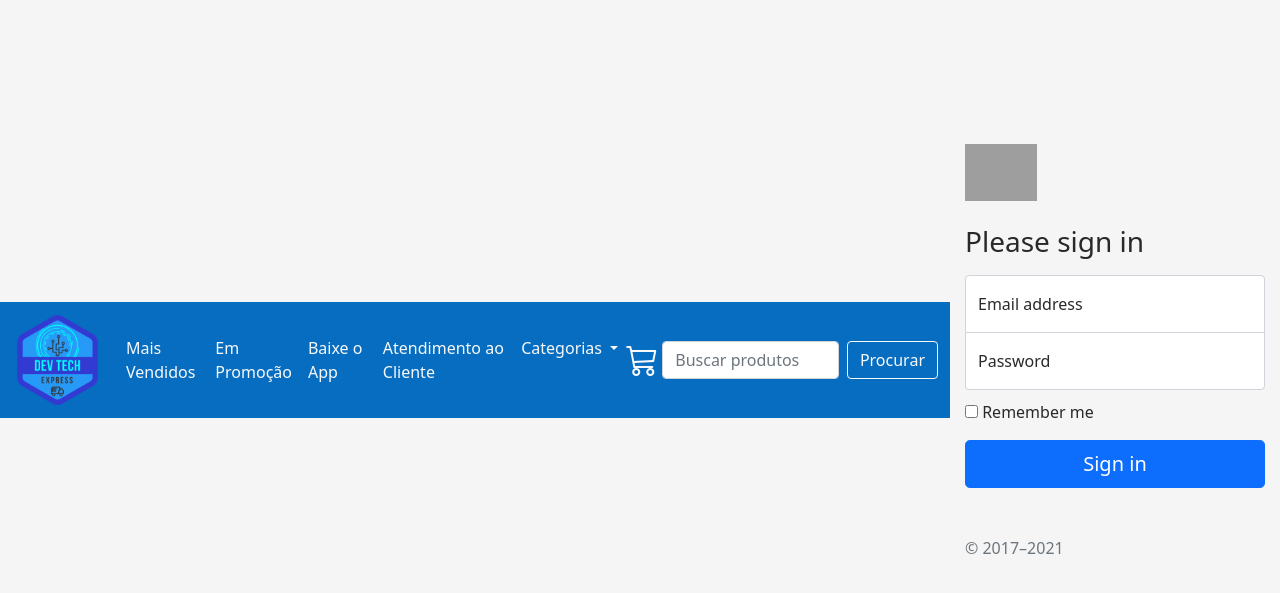
Repository: dantas-barreto/trabalho-interdisciplinar-IDW-IAP
Page: signin copy.html
An editor plug-in stored every save of this project. The page is shown before and after the next save, followed by the edit.
The browser window is 1280 px wide. The pictures show the whole page.
Pictures or frames that could not be fetched are drawn as grey boxes. Some web libraries are served in a nearby version.

Above is the page before, as saved 2021-11-30 20:46:06.

### signin copy.html
<!DOCTYPE html>
<html lang="pt-br">
  <head>
    <meta charset="utf-8" />
    <meta name="viewport" content="width=device-width, initial-scale=1.0" />
    <link
      href="https://cdn.jsdelivr.net/npm/bootstrap@5.1.3/dist/css/bootstrap.min.css"
      rel="stylesheet"
      integrity="sha384-1BmE4kWBq78iYhFldvKuhfTAU6auU8tT94WrHftjDbrCEXSU1oBoqyl2QvZ6jIW3"
      crossorigin="anonymous"
    />
    <link
      rel="stylesheet"
      href="https://cdn.jsdelivr.net/npm/bootstrap-icons@1.7.1/font/bootstrap-icons.css"
    />
    <link rel="shortcut icon" href="img/favicon.ico" type="image/x-icon" />
    <link rel="stylesheet" href="css/globalStyle.css" />
    <link rel="stylesheet" href="signin.css" />

    <link
      rel="canonical"
      href="https://getbootstrap.com/docs/5.1/examples/sign-in/"
    />
    <title>Cadastre-se Agora | DevTech Express</title>

    <style>
      .bd-placeholder-img {
        font-size: 1.125rem;
        text-anchor: middle;
        -webkit-user-select: none;
        -moz-user-select: none;
        user-select: none;
      }

      @media (min-width: 768px) {
        .bd-placeholder-img-lg {
          font-size: 3.5rem;
        }
      }
    </style>
  </head>
  <body>
    <nav class="navbar navbar-expand-lg header">
      <div class="container-fluid">
        <a class="navbar-brand" href="#">
          <img
            src="img/logo.png"
            width="90rem"
            height="90rem"
            alt="Logo DevTech Express"
          />
        </a>
        <button
          class="navbar-toggler"
          type="button"
          data-bs-toggle="collapse"
          data-bs-target="#navbarSupportedContent"
          aria-controls="navbarSupportedContent"
          aria-expanded="false"
          aria-label="Toggle navigation"
        >
          <span class="navbar-toggler-icon"></span>
        </button>
        <div class="collapse navbar-collapse" id="navbarSupportedContent">
          <ul class="navbar-nav me-auto mb-2 mb-lg-0">
            <li class="nav-item">
              <a
                class="nav-link link-light headerOption active"
                aria-current="page"
                href="#"
                >Mais Vendidos</a
              >
            </li>
            <li class="nav-item">
              <a
                class="nav-link link-light headerOption active"
                href="Clientes.html"
                >Em Promoção</a
              >
            </li>
            <li class="nav-item">
              <a
                class="nav-link link-light headerOption active"
                href="Fornecedores.html"
                >Baixe o App</a
              >
            </li>
            <li class="nav-item">
              <a
                class="nav-link link-light headerOption active"
                href="Produtos.html"
                >Atendimento ao Cliente</a
              >
            </li>
            <li class="nav-item dropdown">
              <a
                class="nav-link link-light headerOption active dropdown-toggle"
                href="#"
                id="navbarDropdown"
                role="button"
                data-bs-toggle="dropdown"
                aria-expanded="false"
              >
                Categorias
              </a>
              <ul class="dropdown-menu" aria-labelledby="navbarDropdown">
                <li><a class="dropdown-item" href="#">Categoria 01</a></li>
                <li><a class="dropdown-item" href="#">Categoria 02</a></li>
                <li><a class="dropdown-item" href="#">Categoria 03</a></li>
                <li><a class="dropdown-item" href="#">Categoria 04</a></li>
                <li><a class="dropdown-item" href="#">Categoria 05</a></li>
                <li><a class="dropdown-item" href="#">Categoria 06</a></li>
                <li><a class="dropdown-item" href="#">Categoria 07</a></li>
                <li><a class="dropdown-item" href="#">Categoria 08</a></li>
              </ul>
            </li>
          </ul>
          <i class="bi bi-cart3 text-light me-1" style="font-size: 2em"></i>
          <form class="d-flex" id="procurar">
            <input
              class="form-control me-2"
              type="search"
              placeholder="Buscar produtos"
              aria-label="Search"
            />
            <button class="btn btn-outline-light" type="submit">
              Procurar
            </button>
          </form>
        </div>
      </div>
    </nav>

    <main class="form-signin">
      <form>
        <img
          class="mb-4"
          src="../assets/brand/bootstrap-logo.svg"
          alt=""
          width="72"
          height="57"
        />
        <h1 class="h3 mb-3 fw-normal">Please sign in</h1>

        <div class="form-floating">
          <input
            type="email"
            class="form-control"
            id="floatingInput"
            placeholder="name@example.com"
          />
          <label for="floatingInput">Email address</label>
        </div>
        <div class="form-floating">
          <input
            type="password"
            class="form-control"
            id="floatingPassword"
            placeholder="Password"
          />
          <label for="floatingPassword">Password</label>
        </div>

        <div class="checkbox mb-3">
          <label>
            <input type="checkbox" value="remember-me" /> Remember me
          </label>
        </div>
        <button class="w-100 btn btn-lg btn-primary" type="submit">
          Sign in
        </button>
        <p class="mt-5 mb-3 text-muted">&copy; 2017–2021</p>
      </form>
    </main>

    <script
      src="https://cdn.jsdelivr.net/npm/bootstrap@5.1.3/dist/js/bootstrap.bundle.min.js"
      integrity="sha384-ka7Sk0Gln4gmtz2MlQnikT1wXgYsOg+OMhuP+IlRH9sENBO0LRn5q+8nbTov4+1p"
      crossorigin="anonymous"
    ></script>
  </body>
</html>

### css/globalStyle.css
:root {
  --fontColor: #292929;
  --bgColor: #ebebeb;
  --header: #610ce9;
  --general: #2c34c9;
  --effect: #4aa2f8;

  --fontColorClosed: #1b1b1b;
  --bgColorClosed: #989898;
  --headerClosed: #3f0897;
  --generalClosed: #1d2282;
  --effectClosed: #076dc0;

  --fontColorOpen: #747474;
  --bgColorOpen: #f2f2f2;
  --headerOpen: #975bf6;
  --generalOpen: #7277e0;
  --effectOpen: #7fc3fa;
}

* {
  color: var(--fontColor);
}

.headerOption:hover {
  color: var(--effectOpen);
}

/* Header */
.header {
  background-color: var(--effectClosed);
}
/* End Header */

/* Icons */

/* End Icons */

/* Stars */
.classificacao {
  display: flex;
  justify-content: space-between;
}

.classificacao {
  background-color: #f2f2f2;
  border-radius: 8px;
  text-align: center;
  width: 200px;
}

.qualidade {
  --percent: calc(var(--rating) / 5 * 100%);
  display: inline-block;
  font-size: 20px;
  line-height: 1;
}

.qualidade::before {
  background: linear-gradient(90deg, #fc0 var(--percent), #fff var(--percent));
  content: "★★★★★";
  letter-spacing: 3px;
  background-clip: text;
  -webkit-background-clip: text;
  -webkit-text-fill-color: transparent;
}
/* End Stars */

/* Cards */
.wrapper {
  display: flex;
  flex-wrap: wrap;
  max-width: 900px;
  width: 100%;
  margin: 50px auto;
}

.block {
  width: calc(
    100% / 3 - 20px
  ); /*divide 100% da tela em 3 partes e subtrai o valor lateral da margem*/
  margin: 10px;
  background-color: #fff;
  border: 1px solid #ccc;
  box-shadow: 2px 2px 4px 0px rgba(51, 6, 10, 0.85);

  display: flex;
  flex-direction: column;
}

.tag_name {
  text-align: center;
}

.tag_name img {
  width: 100%;
  height: 100%;
}

.block_desc {
  text-align: center;
  padding: 15px;
  flex-grow: 1; /*empurra todo o conteúdo para baixo mantendo a altura do maior elemento*/
}

.block_link {
  border-top: 1px solid #ccc;
}
/* End Cards */

Loaded but not shown: css/signin.css (common file)

After the next save:
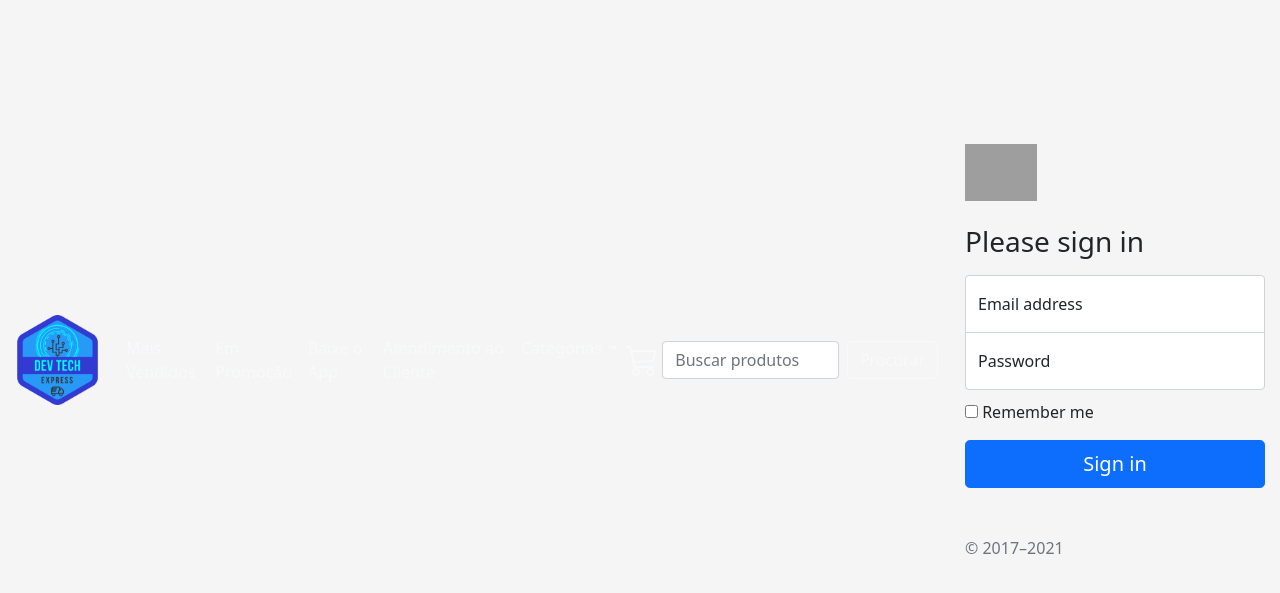
Saved 33 s later.
--- a/signin copy.html
+++ b/signin copy.html
@@ -14,7 +14,7 @@
       href="https://cdn.jsdelivr.net/npm/bootstrap-icons@1.7.1/font/bootstrap-icons.css"
     />
     <link rel="shortcut icon" href="img/favicon.ico" type="image/x-icon" />
-    <link rel="stylesheet" href="css/globalStyle.css" />
+    <!-- <link rel="stylesheet" href="css/globalStyle.css" /> -->
     <link rel="stylesheet" href="signin.css" />
 
     <link

After the save that followed:
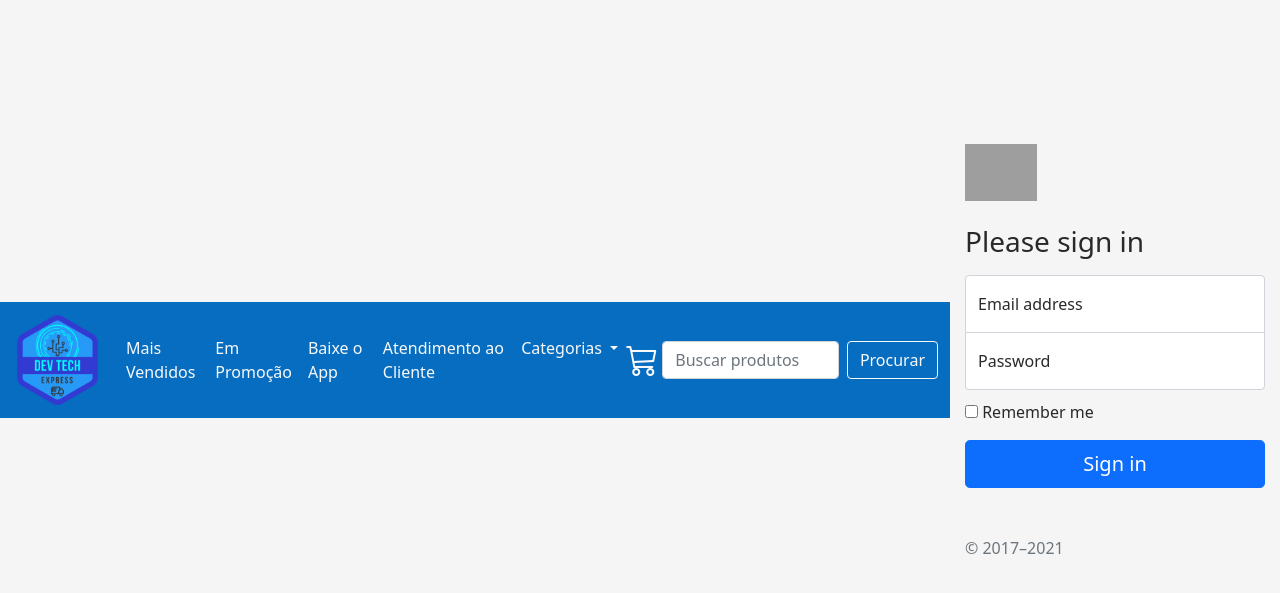
Saved 4 s later.
--- a/signin copy.html
+++ b/signin copy.html
@@ -14,7 +14,7 @@
       href="https://cdn.jsdelivr.net/npm/bootstrap-icons@1.7.1/font/bootstrap-icons.css"
     />
     <link rel="shortcut icon" href="img/favicon.ico" type="image/x-icon" />
-    <!-- <link rel="stylesheet" href="css/globalStyle.css" /> -->
+    <link rel="stylesheet" href="css/globalStyle.css" />
     <link rel="stylesheet" href="signin.css" />
 
     <link
